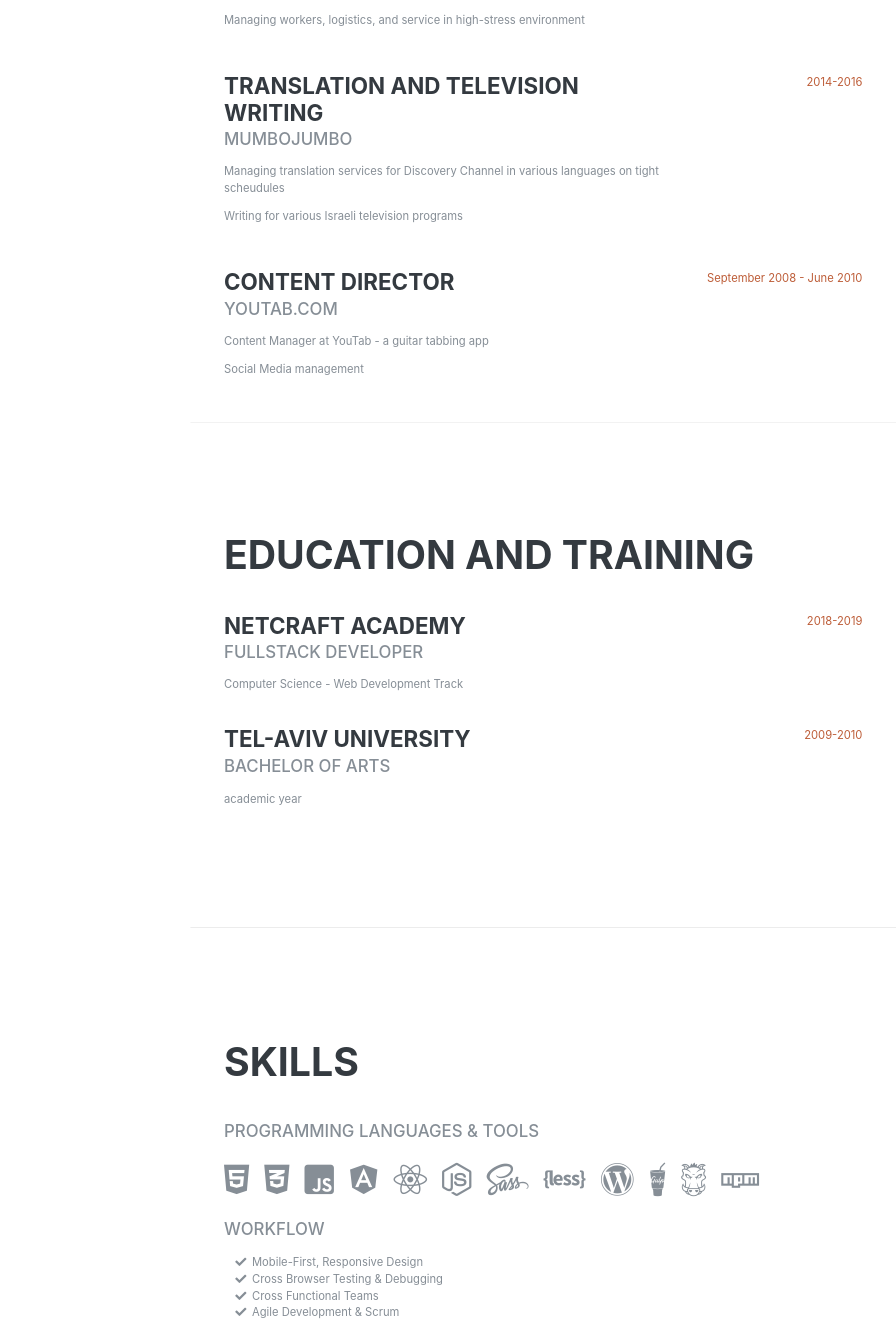
Repository: AlonGur/resume
Page: index.html
These files come from the project's save history. The page is drawn as it stood at one moment and after the next save; the edit follows.
The browser window is 1280 px wide. The pictures show the part of the page from y = 959 to 2879 px (the page is 4446 px tall), at 70% of full size.
Some web fonts or font styles are not loaded; a fallback is used.

Above is the page before, as saved 2019-06-07 16:03:46.

### index.html
<!DOCTYPE html>
<html lang="en">

<head>

  <meta charset="utf-8">
  <meta name="viewport" content="width=device-width, initial-scale=1, shrink-to-fit=no">
  <meta name="description" content="">
  <meta name="author" content="">

  <title>Resume - Start Bootstrap Theme</title>

  <!-- Bootstrap core CSS -->
  <link href="vendor/bootstrap/css/bootstrap.min.css" rel="stylesheet">

  <!-- Custom fonts for this template -->
  <link href="https://fonts.googleapis.com/css?family=Saira+Extra+Condensed:500,700" rel="stylesheet">
  <link href="https://fonts.googleapis.com/css?family=Muli:400,400i,800,800i" rel="stylesheet">
  <link href="vendor/fontawesome-free/css/all.min.css" rel="stylesheet">

  <!-- Custom styles for this template -->
  <link href="css/resume.min.css" rel="stylesheet">

</head>

<body id="page-top">

  <nav class="navbar navbar-expand-lg navbar-dark bg-primary fixed-top" id="sideNav">
    <a class="navbar-brand js-scroll-trigger" href="#page-top">
      <span class="d-block d-lg-none">Alon Gur</span>
      <span class="d-none d-lg-block">
        <img class="img-fluid img-profile rounded-circle mx-auto mb-2" src="img/profile.jpg" alt="">
      </span>
    </a>
    <button class="navbar-toggler" type="button" data-toggle="collapse" data-target="#navbarSupportedContent" aria-controls="navbarSupportedContent" aria-expanded="false" aria-label="Toggle navigation">
      <span class="navbar-toggler-icon"></span>
    </button>
    <div class="collapse navbar-collapse" id="navbarSupportedContent">
      <ul class="navbar-nav">
        <li class="nav-item">
          <a class="nav-link js-scroll-trigger" href="#about">About</a>
        </li>
        <li class="nav-item">
          <a class="nav-link js-scroll-trigger" href="#experience">Experience</a>
        </li>
        <li class="nav-item">
          <a class="nav-link js-scroll-trigger" href="#education">Education</a>
        </li>
        <li class="nav-item">
          <a class="nav-link js-scroll-trigger" href="#skills">Skills</a>
        </li>
        <li class="nav-item">
          <a class="nav-link js-scroll-trigger" href="#interests">Interests</a>
        </li>
        <li class="nav-item">
          <a class="nav-link js-scroll-trigger" href="#awards">Awards</a>
        </li>
      </ul>
    </div>
  </nav>

  <div class="container-fluid p-0">

    <section class="resume-section p-3 p-lg-5 d-flex align-items-center" id="about">
      <div class="w-100">
        <h1 class="mb-0">Alon
          <span class="text-primary">Gur</span>
        </h1>
        <div class="subheading mb-5">Dish to Web Developer
          <a href="mailto:name@email.com">gur.alon@gmail.com</a>
        </div>
        <p class="lead mb-5">This former kitchen cook and manager is trading in his knife for a keyboard! Dedicated hard-working team-player looking for his next challenge in life. Technologically and goal oriented, with an eye for detail, and a passion to develop in the development world.


        </p>
        <div class="social-icons">
          <a href="https://www.linkedin.com/in/GurAlon">
            <i class="fab fa-linkedin-in"></i>
          </a>
          <a href="www.github.com/AlonGur ">
            <i class="fab fa-github"></i>
          </a>
        </div>
      </div>
    </section>

    <hr class="m-0">

    <section class="resume-section p-3 p-lg-5 d-flex justify-content-center" id="experience">
      <div class="w-100">
        <h2 class="mb-5">Work Experience</h2>

        <div class="resume-item d-flex flex-column flex-md-row justify-content-between mb-5">
          <div class="resume-content">
            <h3 class="mb-0">Kitchen Manager and Cook</h3>
            <div class="subheading mb-3"> HaHevre HaYoter Tovim Inc.</div>
            <p> Managing workers, logistics, and service in high-stress environment</p>
          </div>
          <div class="resume-date text-md-right">
            <span class="text-primary">March 2013 - Present</span>
          </div>
        </div>

        <div class="resume-item d-flex flex-column flex-md-row justify-content-between mb-5">
          <div class="resume-content">
            <h3 class="mb-0">Translation and Television Writing</h3>
            <div class="subheading mb-3">MumboJumbo</div>
<p>
  Managing translation services for Discovery Channel in various languages on tight scheudules
</p>
<p>Writing for various Israeli television programs</p>
</div>
          <div class="resume-date text-md-right">
            <span class="text-primary">2014-2016</span>
          </div>
        </div>

        <div class="resume-item d-flex flex-column flex-md-row justify-content-between">
          <div class="resume-content">
            <h3 class="mb-0">Content Director</h3>
            <div class="subheading mb-3">YouTab.com</div>
<p>Content Manager at YouTab - a guitar tabbing app</p>
<p>Social Media management</p>          </div>
          <div class="resume-date text-md-right">
            <span class="text-primary">September 2008 - June 2010</span>
          </div>
        </div>

      </div>

    </section>

    <hr class="m-0">

    <section class="resume-section p-3 p-lg-5 d-flex align-items-center" id="education">
      <div class="w-100">
        <h2 class="mb-5">Education and Training</h2>

        <div class="resume-item d-flex flex-column flex-md-row justify-content-between mb-5">
          <div class="resume-content">
            <h3 class="mb-0">Netcraft Academy</h3>
            <div class="subheading mb-3">Fullstack Developer</div>
            <div>Computer Science - Web Development Track</div>
          </div>
          <div class="resume-date text-md-right">
            <span class="text-primary">2018-2019</span>
          </div>
        </div>

        <div class="resume-item d-flex flex-column flex-md-row justify-content-between">
          <div class="resume-content">
            <h3 class="mb-0">Tel-Aviv University</h3>
            <div class="subheading mb-3">Bachelor of Arts</div>
            <p>academic year</p>
          </div>
          <div class="resume-date text-md-right">
            <span class="text-primary">2009-2010</span>
          </div>
        </div>

      </div>
    </section>

    <hr class="m-0">

    <section class="resume-section p-3 p-lg-5 d-flex align-items-center" id="skills">
      <div class="w-100">
        <h2 class="mb-5">Skills</h2>

        <div class="subheading mb-3">Programming Languages &amp; Tools</div>
        <ul class="list-inline dev-icons">
          <li class="list-inline-item">
            <i class="fab fa-html5"></i>
          </li>
          <li class="list-inline-item">
            <i class="fab fa-css3-alt"></i>
          </li>
          <li class="list-inline-item">
            <i class="fab fa-js-square"></i>
          </li>
          <li class="list-inline-item">
            <i class="fab fa-angular"></i>
          </li>
          <li class="list-inline-item">
            <i class="fab fa-react"></i>
          </li>
          <li class="list-inline-item">
            <i class="fab fa-node-js"></i>
          </li>
          <li class="list-inline-item">
            <i class="fab fa-sass"></i>
          </li>
          <li class="list-inline-item">
            <i class="fab fa-less"></i>
          </li>
          <li class="list-inline-item">
            <i class="fab fa-wordpress"></i>
          </li>
          <li class="list-inline-item">
            <i class="fab fa-gulp"></i>
          </li>
          <li class="list-inline-item">
            <i class="fab fa-grunt"></i>
          </li>
          <li class="list-inline-item">
            <i class="fab fa-npm"></i>
          </li>
        </ul>

        <div class="subheading mb-3">Workflow</div>
        <ul class="fa-ul mb-0">
          <li>
            <i class="fa-li fa fa-check"></i>
            Mobile-First, Responsive Design</li>
          <li>
            <i class="fa-li fa fa-check"></i>
            Cross Browser Testing &amp; Debugging</li>
          <li>
            <i class="fa-li fa fa-check"></i>
            Cross Functional Teams</li>
          <li>
            <i class="fa-li fa fa-check"></i>
            Agile Development &amp; Scrum</li>
        </ul>
      </div>
    </section>

    <hr class="m-0">

    <section class="resume-section p-3 p-lg-5 d-flex align-items-center" id="interests">
      <div class="w-100">
        <h2 class="mb-5">Interests</h2>
        <p>Apart from being a web developer, I enjoy most of my time being outdoors. In the winter, I am an avid skier and novice ice climber. During the warmer months here in Colorado, I enjoy mountain biking, free climbing, and kayaking.</p>
        <p class="mb-0">When forced indoors, I follow a number of sci-fi and fantasy genre movies and television shows, I am an aspiring chef, and I spend a large amount of my free time exploring the latest technology advancements in the front-end web development world.</p>
      </div>
    </section>

    <hr class="m-0">

    <section class="resume-section p-3 p-lg-5 d-flex align-items-center" id="awards">
      <div class="w-100">
        <h2 class="mb-5">Awards &amp; Certifications</h2>
        <ul class="fa-ul mb-0">
          <li>
            <i class="fa-li fa fa-trophy text-warning"></i>
            Google Analytics Certified Developer</li>
          <li>
            <i class="fa-li fa fa-trophy text-warning"></i>
            Mobile Web Specialist - Google Certification</li>
          <li>
            <i class="fa-li fa fa-trophy text-warning"></i>
            1<sup>st</sup>
            Place - University of Colorado Boulder - Emerging Tech Competition 2009</li>
          <li>
            <i class="fa-li fa fa-trophy text-warning"></i>
            1<sup>st</sup>
            Place - University of Colorado Boulder - Adobe Creative Jam 2008 (UI Design Category)</li>
          <li>
            <i class="fa-li fa fa-trophy text-warning"></i>
            2<sup>nd</sup>
            Place - University of Colorado Boulder - Emerging Tech Competition 2008</li>
          <li>
            <i class="fa-li fa fa-trophy text-warning"></i>
            1<sup>st</sup>
            Place - James Buchanan High School - Hackathon 2006</li>
          <li>
            <i class="fa-li fa fa-trophy text-warning"></i>
            3<sup>rd</sup>
            Place - James Buchanan High School - Hackathon 2005</li>
        </ul>
      </div>
    </section>

  </div>

  <!-- Bootstrap core JavaScript -->
  <script src="vendor/jquery/jquery.min.js"></script>
  <script src="vendor/bootstrap/js/bootstrap.bundle.min.js"></script>

  <!-- Plugin JavaScript -->
  <script src="vendor/jquery-easing/jquery.easing.min.js"></script>

  <!-- Custom scripts for this template -->
  <script src="js/resume.min.js"></script>

</body>

</html>

Loaded but not shown: vendor/bootstrap/css/bootstrap.min.css (library); vendor/fontawesome-free/css/all.min.css (library); css/resume.min.css (library); vendor/jquery/jquery.min.js (library); vendor/bootstrap/js/bootstrap.bundle.min.js (library); vendor/jquery-easing/jquery.easing.min.js (common file); js/resume.min.js (common file)

After the next save:
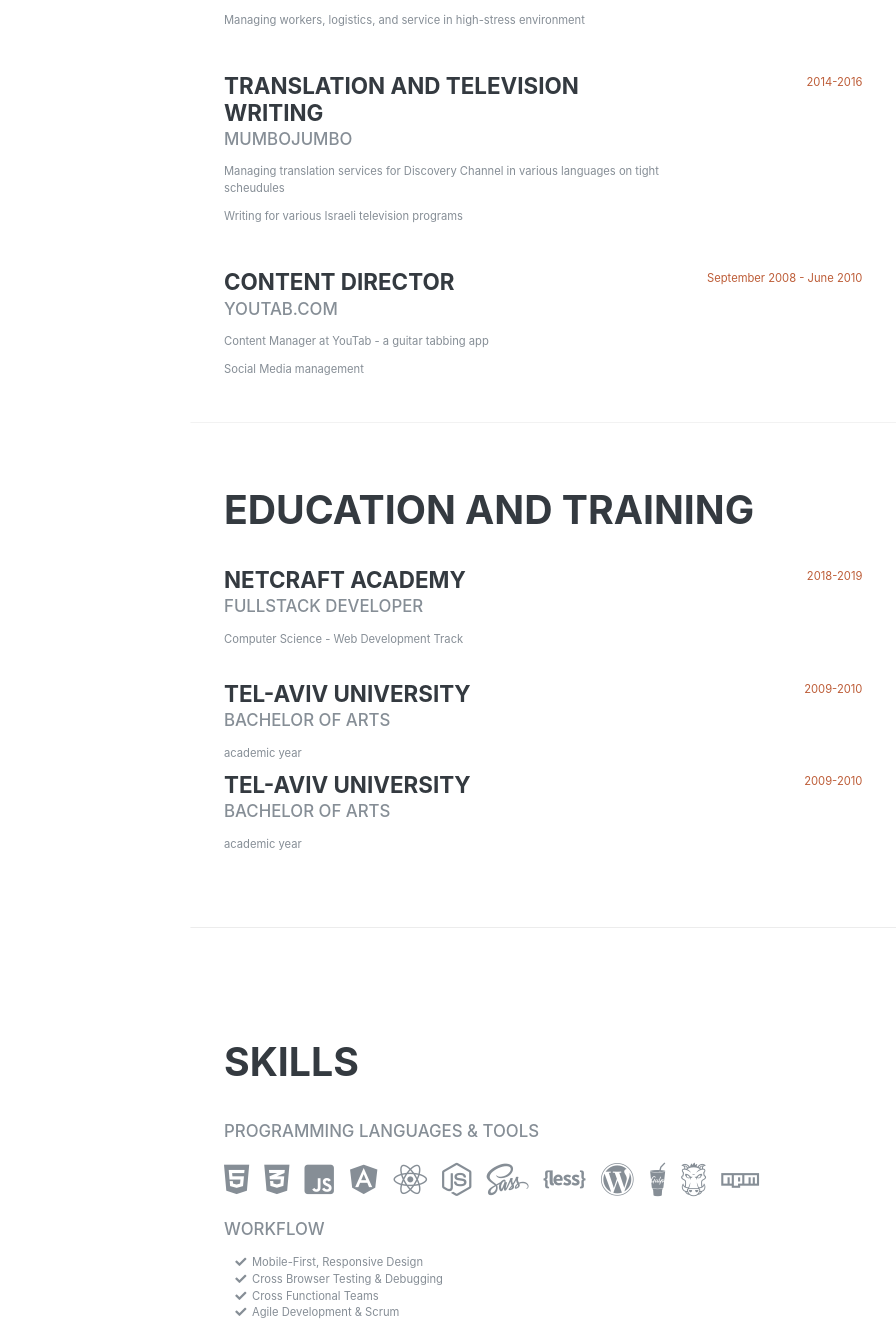
Saved 3 min 51 s later.
--- a/index.html
+++ b/index.html
@@ -158,6 +158,17 @@
           </div>
         </div>
 
+        <div class="resume-item d-flex flex-column flex-md-row justify-content-between">
+            <div class="resume-content">
+              <h3 class="mb-0">Tel-Aviv University</h3>
+              <div class="subheading mb-3">Bachelor of Arts</div>
+              <p>academic year</p>
+            </div>
+            <div class="resume-date text-md-right">
+              <span class="text-primary">2009-2010</span>
+            </div>
+          </div>
+
       </div>
     </section>
 
